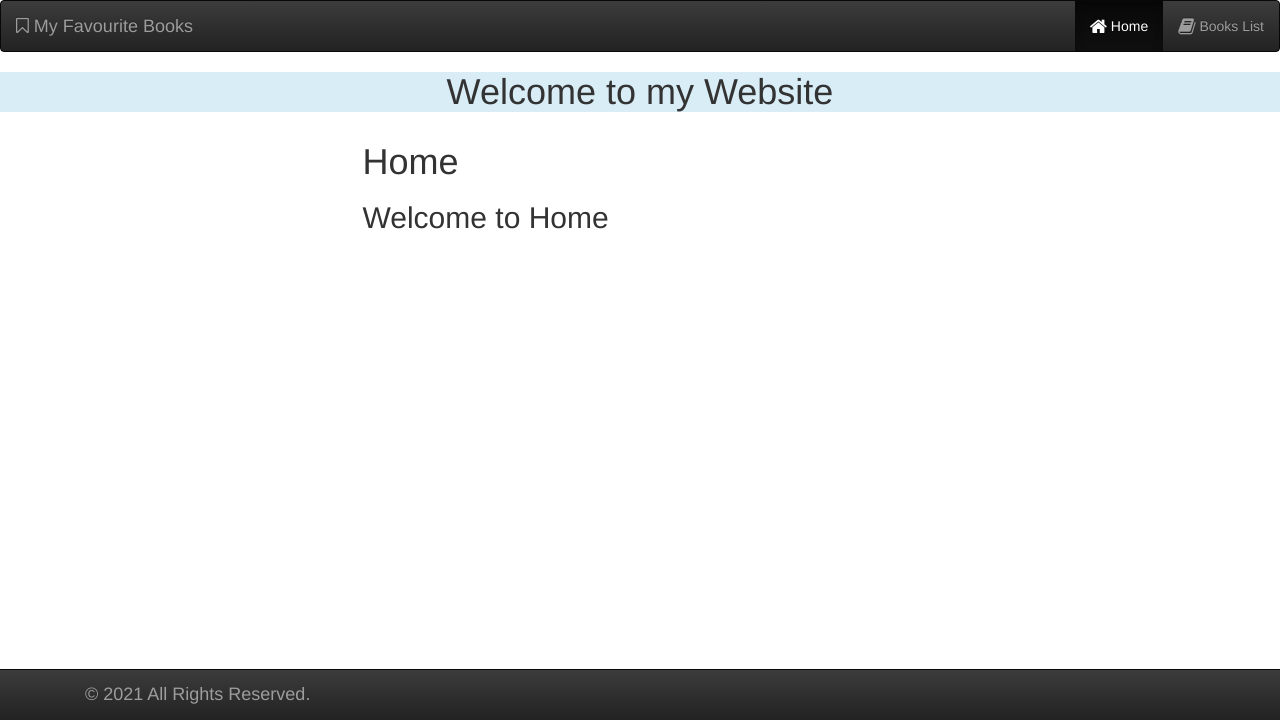
Repository: Ann8002/COMP229-F2021-MidTerm
Page: http://localhost/
These files come from the project's save history. The page is drawn as it stood at one moment and after the next save; the edit follows.
The browser window is 1280 px wide. The pictures show the whole page.
The page is served by the project's Node server (server.js). Other server files are loaded and not shown.

Above is the page before, as saved 2021-10-26 13:40:50.

### server/views/content/index.ejs
<%- include('../partials/header.ejs'); %>

    <!-- MAIN CONTENT -->

     <div class="p-3 mb-2 bg-info text-center"><h1>Welcome to my Website</h1></div>

    <div class="container">
      <div class="row">
        <div class="col-md-offset-3 col-md-6">
          <h1><%= title %></h1>
            <h2>Welcome to <%= title %></h2>
        </div>
      </div>
    </div>

<%- include('../partials/footer.ejs'); %>

### server/views/partials/header.ejs
<!DOCTYPE html>
<html lang="en">
  <head>
    <meta charset="utf-8">
    <meta name="viewport" content="width=device-width, initial-scale=1">
    <title><%= title %></title>
    <!-- CSS SECTION -->
    <link rel="stylesheet" href="/Scripts/lib/bootstrap/dist/css/bootstrap.min.css">
    <link rel="stylesheet" href="/Scripts/lib/bootstrap/dist/css/bootstrap-theme.min.css">
    <link rel="stylesheet" href="/Scripts/lib/font-awesome/css/font-awesome.min.css">
    <link rel='stylesheet' href='/Content/app.css' />
  </head>
  <body>

  <nav class="navbar navbar-inverse" role="navigation">
    <!-- Brand and toggle get grouped for better mobile display -->
    <div class="navbar-header">
      <button type="button" class="navbar-toggle" data-toggle="collapse" data-target=".navbar-ex1-collapse">
        <span class="sr-only">Toggle navigation</span>
        <span class="icon-bar"></span>
        <span class="icon-bar"></span>
        <span class="icon-bar"></span>
      </button>
      <a class="navbar-brand" href="/"><i class="fa fa-bookmark-o"></i> My Favourite Books</a>
    </div>

    <!-- Collect the nav links, forms, and other content for toggling -->
    <div class="collapse navbar-collapse navbar-ex1-collapse">
      <ul class="nav navbar-nav navbar-right">
        <% if(title == "Home") { %>
          <li class="active"><a href="/"><i class="fa fa-home fa-lg"></i> Home</a></li>
        <% } else { %>
          <li><a href="/"><i class="fa fa-home fa-lg"></i> Home</a></li>
        <% } %>

          <% if(title == "books") { %>
          <li class="active"><a href="/books"><i class="fa fa-book fa-lg">
          </i> Books List</a></li>
          <% } else { %>
            <li><a href="/books"><i class="fa fa-book fa-lg">
            </i> Books List</a></li>
          <% } %>

      </ul>
    </div><!-- /.navbar-collapse -->
  </nav>

### server/views/partials/footer.ejs

<nav class="navbar navbar-inverse navbar-fixed-bottom">
  <div class="container">
    <h4  class="navbar-text">&copy; 2021 All Rights Reserved.</h4>
  </div>
</nav>



<!-- JAVASCRIPT SECTION -->
    <script src="/Scripts/lib/jquery/dist/jquery.min.js"></script>
    <script src="/Scripts/lib/bootstrap/dist/js/bootstrap.min.js"></script>
    <script src="/Scripts/app.js"></script>
  </body>
</html>

### server.js
let app = require('./server/config/app');
let debug = require('debug')('comp308-w2019-midterm:server');
let http = require('http');

/**
 * Get port from environment and store in Express.
 */

let port = normalizePort(process.env.PORT || '3000');
app.set('port', port);

/**
 * Create HTTP server.
 */

let server = http.createServer(app);

/**
 * Listen on provided port, on all network interfaces.
 */

server.listen(port);
server.on('error', onError);
server.on('listening', onListening);

/**
 * Normalize a port into a number, string, or false.
 */

function normalizePort(val) {
  let port = parseInt(val, 10);

  if (isNaN(port)) {
    // named pipe
    return val;
  }

  if (port >= 0) {
    // port number
    return port;
  }

  return false;
}

/**
 * Event listener for HTTP server "error" event.
 */

function onError(error) {
  if (error.syscall !== 'listen') {
    throw error;
  }

  let bind = typeof port === 'string'
    ? 'Pipe ' + port
    : 'Port ' + port;

  // handle specific listen errors with friendly messages
  switch (error.code) {
    case 'EACCES':
      console.error(bind + ' requires elevated privileges');
      process.exit(1);
      break;
    case 'EADDRINUSE':
      console.error(bind + ' is already in use');
      process.exit(1);
      break;
    default:
      throw error;
  }
}

/**
 * Event listener for HTTP server "listening" event.
 */

function onListening() {
  let addr = server.address();
  let bind = typeof addr === 'string'
    ? 'pipe ' + addr
    : 'port ' + addr.port;
  debug('Listening on ' + bind);
}

### client/Scripts/app.js
/* custom JS goes here */

/* pagination code from http://www.bootply.com/lxa0FF9yhw */
$.fn.pageMe = function(opts){
    var $this = this,
        defaults = {
            perPage: 7,
            showPrevNext: false,
            hidePageNumbers: false
        },
        settings = $.extend(defaults, opts);

    var listElement = $this;
    var perPage = settings.perPage;
    var children = listElement.children();
    var pager = $('.pager');

    if (typeof settings.childSelector!="undefined") {
        children = listElement.find(settings.childSelector);
    }

    if (typeof settings.pagerSelector!="undefined") {
        pager = $(settings.pagerSelector);
    }

    var numItems = children.size();
    var numPages = Math.ceil(numItems/perPage);

    pager.data("curr",0);

    if (settings.showPrevNext){
        $('<li><a href="#" class="prev_link">«</a></li>').appendTo(pager);
    }

    var curr = 0;
    while(numPages > curr && (settings.hidePageNumbers==false)){
        $('<li><a href="#" class="page_link">'+(curr+1)+'</a></li>').appendTo(pager);
        curr++;
    }

    if (settings.showPrevNext){
        $('<li><a href="#" class="next_link">»</a></li>').appendTo(pager);
    }

    pager.find('.page_link:first').addClass('active');
    pager.find('.prev_link').hide();
    if (numPages<=1) {
        pager.find('.next_link').hide();
    }
  	pager.children().eq(1).addClass("active");

    children.hide();
    children.slice(0, perPage).show();

    pager.find('li .page_link').click(function(){
        var clickedPage = $(this).html().valueOf()-1;
        goTo(clickedPage,perPage);
        return false;
    });
    pager.find('li .prev_link').click(function(){
        previous();
        return false;
    });
    pager.find('li .next_link').click(function(){
        next();
        return false;
    });

    function previous(){
        var goToPage = parseInt(pager.data("curr")) - 1;
        goTo(goToPage);
    }

    function next(){
        goToPage = parseInt(pager.data("curr")) + 1;
        goTo(goToPage);
    }

    function goTo(page){
        var startAt = page * perPage,
            endOn = startAt + perPage;

        children.css('display','none').slice(startAt, endOn).show();

        if (page>=1) {
            pager.find('.prev_link').show();
        }
        else {
            pager.find('.prev_link').hide();
        }

        if (page<(numPages-1)) {
            pager.find('.next_link').show();
        }
        else {
            pager.find('.next_link').hide();
        }

        pager.data("curr",page);
      	pager.children().removeClass("active");
        pager.children().eq(page+1).addClass("active");

    }
};

// IIFE
(function(){
  $(".btn-danger").click(function(event){
    if(!confirm("Are you sure?")) {
      event.preventDefault();
      window.location.assign("/games");
    }
  });

 /* pagination code */
  $('#myTable').pageMe(
    {pagerSelector:'#myPager',showPrevNext:true,hidePageNumbers:false,perPage:6}
    );
})();

Loaded but not shown: server/routes/index.js (common file); client/Scripts/lib/bootstrap/dist/css/bootstrap.min.css (library); client/Scripts/lib/bootstrap/dist/css/bootstrap-theme.min.css (library); client/Scripts/lib/font-awesome/css/font-awesome.min.css (library); client/Content/app.css (common file); client/Scripts/lib/jquery/dist/jquery.min.js (library); client/Scripts/lib/bootstrap/dist/js/bootstrap.min.js (library)

After the next save:
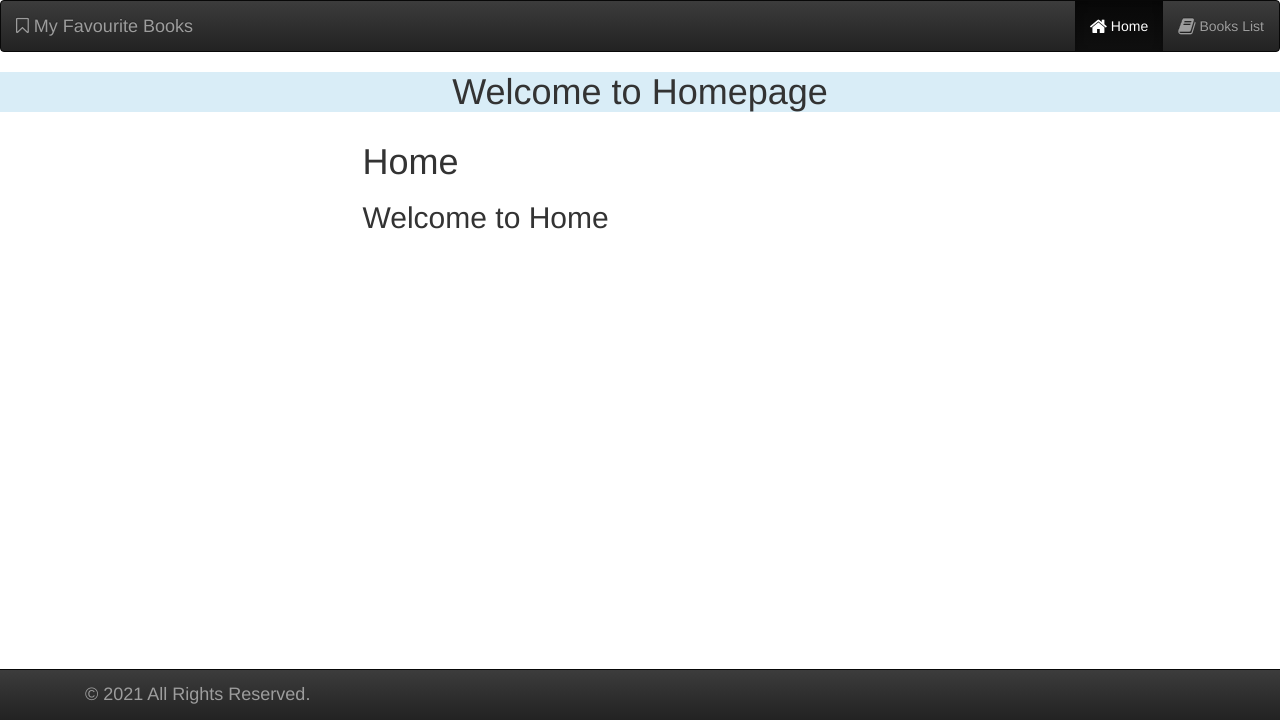
Saved 48 s later.
--- a/server/views/content/index.ejs
+++ b/server/views/content/index.ejs
@@ -2,7 +2,7 @@
 
     <!-- MAIN CONTENT -->
 
-     <div class="p-3 mb-2 bg-info text-center"><h1>Welcome to my Website</h1></div>
+     <div class="p-3 mb-2 bg-info text-center"><h1>Welcome to Homepage</h1></div>
 
     <div class="container">
       <div class="row">
